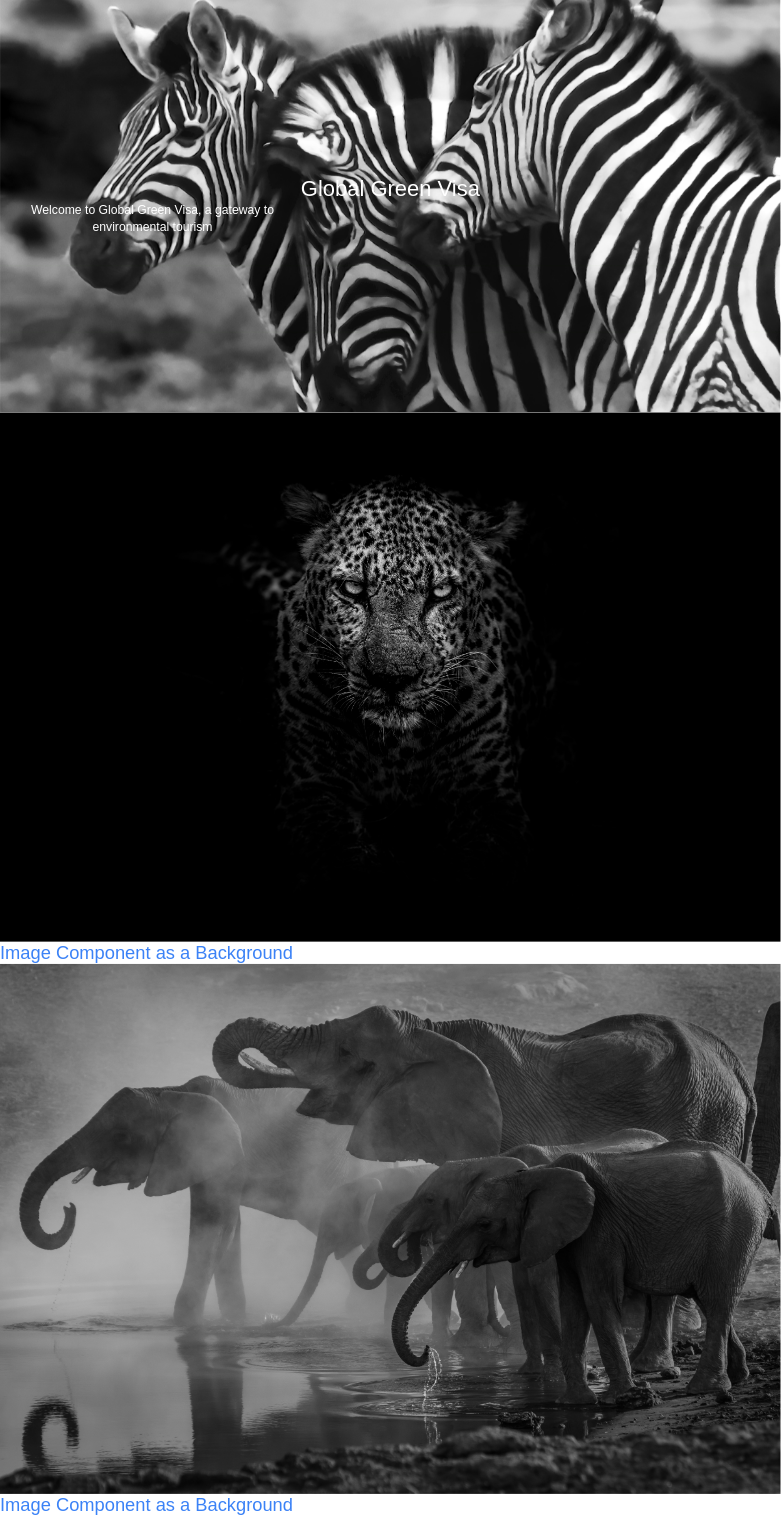
Repository: BrightonMboya/ggv-landingPage
Page: /
These files come from the project's save history. The page is drawn as it stood at one moment and after the next save; the edit follows.
The browser window is 1280 px wide. The pictures show the whole page, at 61% of full size.
The project was rebuilt for these pictures with package versions that can differ from the ones it lists, and the page was loaded fresh each time. The framework's server and built-in components were replaced by stand-ins that run in the browser. Also part of the build but not shown: next.config.js.

Above is the page before, as saved 2022-06-13 20:54:23.

### pages/index.js
import React from "react";
import styles from "../styles/Home.module.css";
import HomePage from "./HomePage";
import AboutUs from "./AboutUs";
import Contactus from "./Contactus";

// const index = () => {
//   return (
//     <React.Fragment>
//       <div className={`${styles.global} ${styles.container}`}>
//         <section className={`${styles.section}`}>
//           <HomePage />
//         </section>
//         <section className={`${styles.section}`}>
//           <AboutUs />
//         </section>
//         <section className={`${styles.section} ${styles.three}`}>
//           <Contactus />
//         </section>
//       </div>
//     </React.Fragment>
//   );
// };

const index = () => {
  return (
    <React.Fragment>
      <div className={styles.global}>
        <div className={styles.container}>
          <section className={styles.section}>
            <HomePage />
          </section>
          <section className={styles.section}>
            <AboutUs />
          </section>
          <section className={styles.section}>
            <Contactus />
          </section>
        </div>
      </div>
    </React.Fragment>
  );
};

export default index;

### styles/Home.module.css
.global {
  margin: 0;
  padding: 0;
  box-sizing: border-box;
  font-family: sans-serif;
  /* border: 2px solid yellow; */
}
.section {
  /* height: 100vh; */
  display: flex;
  justify-content: center;
  align-items: center;
  scroll-snap-align: start;
}

.container {
  scroll-snap-type: y mandatory;
  overflow-y: scroll;
  /* height: 100vh; */
  /* border: 2px solid red; */
}

.bgWrap {
  /* position: fixed; */
  /* height: 100vh; */
  /* min-height: 80vh; */
  width: 100vw;
  overflow: hidden;
  z-index: -1;
  /* background-size: cover;
  -webkit-background-size: cover;
  -moz-background-size: cover;
  -moz-background-size: cover;
  background: center no-repeat;
} */
}

.bg {
  /* max-width: 100%; */
  position: relative;
}

.content {
  display: inline-block;
  position: absolute;
  left: 50%;
  top: 50%;
  width: 100%;
  transform: translate(-50%, -50%);
}

### pages/HomePage.js
import React from "react";
import styles from "../styles/Home.module.css";
import Image from "next/image";

const HomePage = () => {
  return (
    <div className="">
      <div className={`${styles.bgWrap} ${styles.bg}`}>
        <Image
          src="/home.jpg"
          layout="responsive"
          width={900}
          height={475}
          objectFit="cover"
          quality={100}
        />
        <div className={styles.content}>
          <h2 className="text-white lg:text-4xl text-center text-2xl">
            Global Green Visa
          </h2>
          <p className="text-white lg:text-xl text-center text-lg max-w-[500px]">
            Welcome to Global Green Visa, a gateway to environmental tourism
          </p>
        </div>
      </div>
    </div>
  );
};

export default HomePage;

// className="absolute lg:top-[50%] top-[6%]"
// className="lg:justify-center lg:items-center sm:h-0 lg:flex lg:h-[100vh]"

### pages/AboutUs.js
import Image from "next/image";
import styles from "../styles/Home.module.css";
// import home from "./assets/home.jpg";

const AboutUs = () => {
  return (
    <div>
      <div className={styles.bgWrap}>
        <Image
          src="/about.jpg"
          layout="responsive"
          // objectFit="cover"
          quality={100}
          width={700}
          height={475}
        />
      </div>
      <p className="text-blue-500 text-3xl">Image Component as a Background</p>
    </div>
  );
};

export default AboutUs;

### pages/Contactus.js
import React from "react";
import Image from "next/image";
import styles from "../styles/Home.module.css";

const Contactus = () => {
  return (
    <div>
      <div className={styles.bgWrap}>
        <Image
          src="/contact.jpg"
          layout="responsive"
          objectFit="cover"
          quality={100}
          width={700}
          height={475}
        />
      </div>
      <p className="text-blue-500 text-3xl">Image Component as a Background</p>
    </div>
  );
};

export default Contactus;

### tailwind.config.js
module.exports = {
  content: [
    "./pages/**/*.{js,ts,jsx,tsx}",
    "./components/**/*.{js,ts,jsx,tsx}"
  ],
  theme: {
    extend: {
      colors: {
        black: "#000107",
        slate: "#E3F1EF"
      }
    }
  },
  plugins: []
};

Loaded but not shown: pages/_app.js (common file); styles/globals.css (common file)

After the next save:
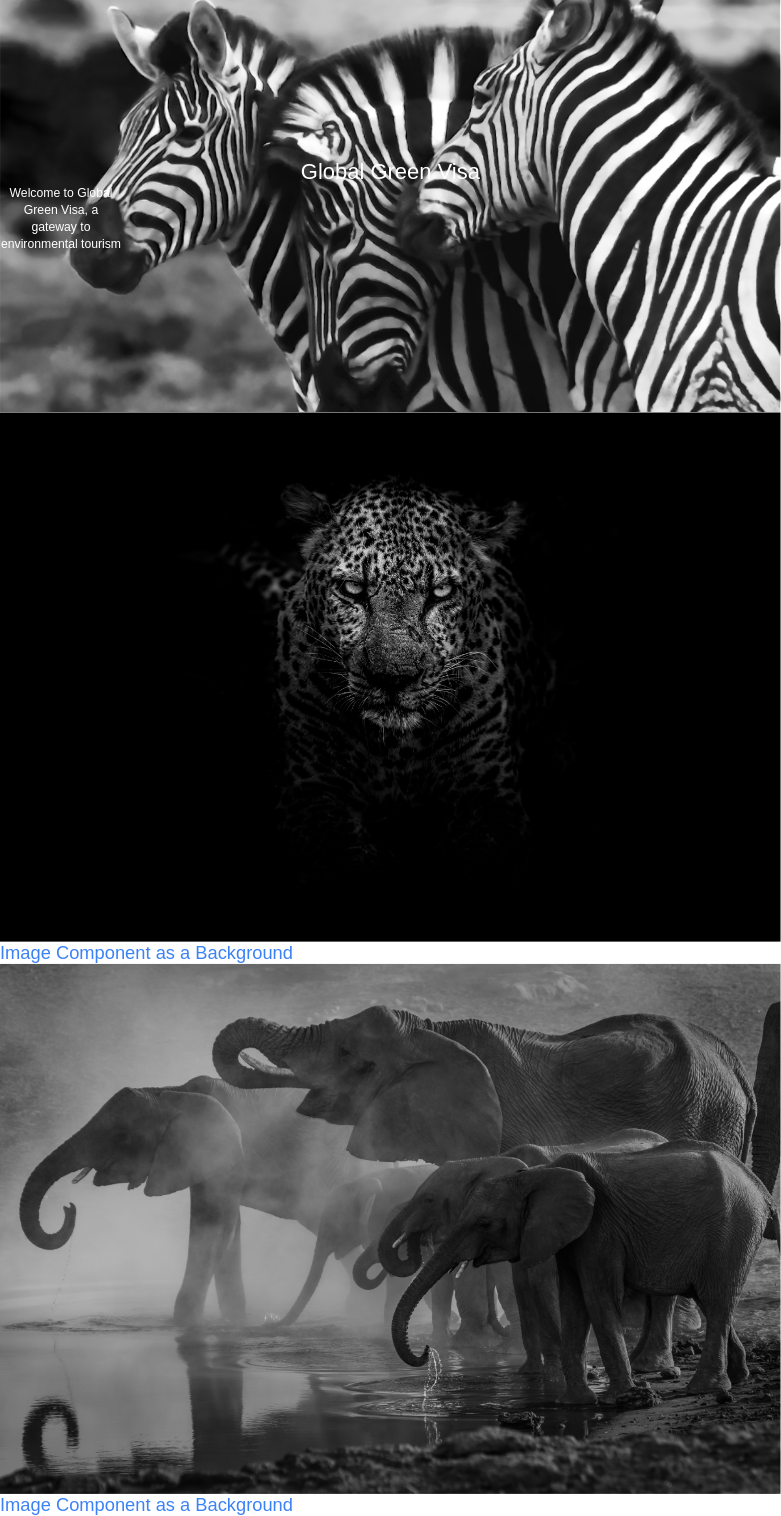
Saved 15 s later.
--- a/pages/HomePage.js
+++ b/pages/HomePage.js
@@ -18,7 +18,7 @@ const HomePage = () => {
           <h2 className="text-white lg:text-4xl text-center text-2xl">
             Global Green Visa
           </h2>
-          <p className="text-white lg:text-xl text-center text-lg max-w-[500px]">
+          <p className="text-white lg:text-xl text-center text-lg max-w-[200px]">
             Welcome to Global Green Visa, a gateway to environmental tourism
           </p>
         </div>
